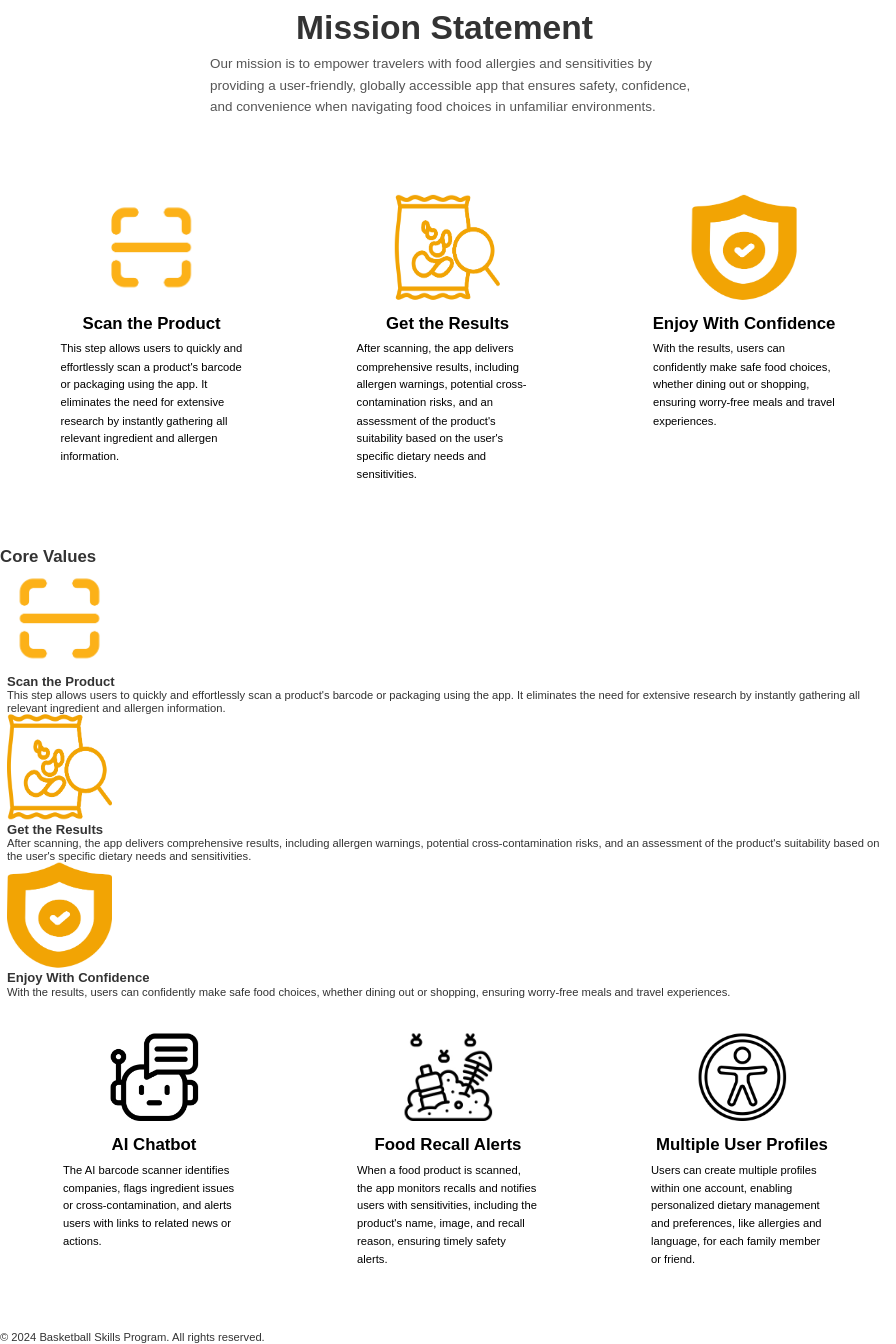
Repository: GavinPahal/landingpage
Page: /
These files come from the project's save history. The page is drawn as it stood at one moment and after the next save; the edit follows.
The browser window is 1280 px wide. The pictures show the part of the page from y = 758 to 2678 px (the page is 2678 px tall), at 70% of full size.
The project was rebuilt for these pictures with package versions that can differ from the ones it lists, and the page was loaded fresh each time. The framework's server and built-in components were replaced by stand-ins that run in the browser. Also part of the build but not shown: next.config.mjs.

Above is the page before, as saved 2024-11-28 18:54:43.

After the next save:
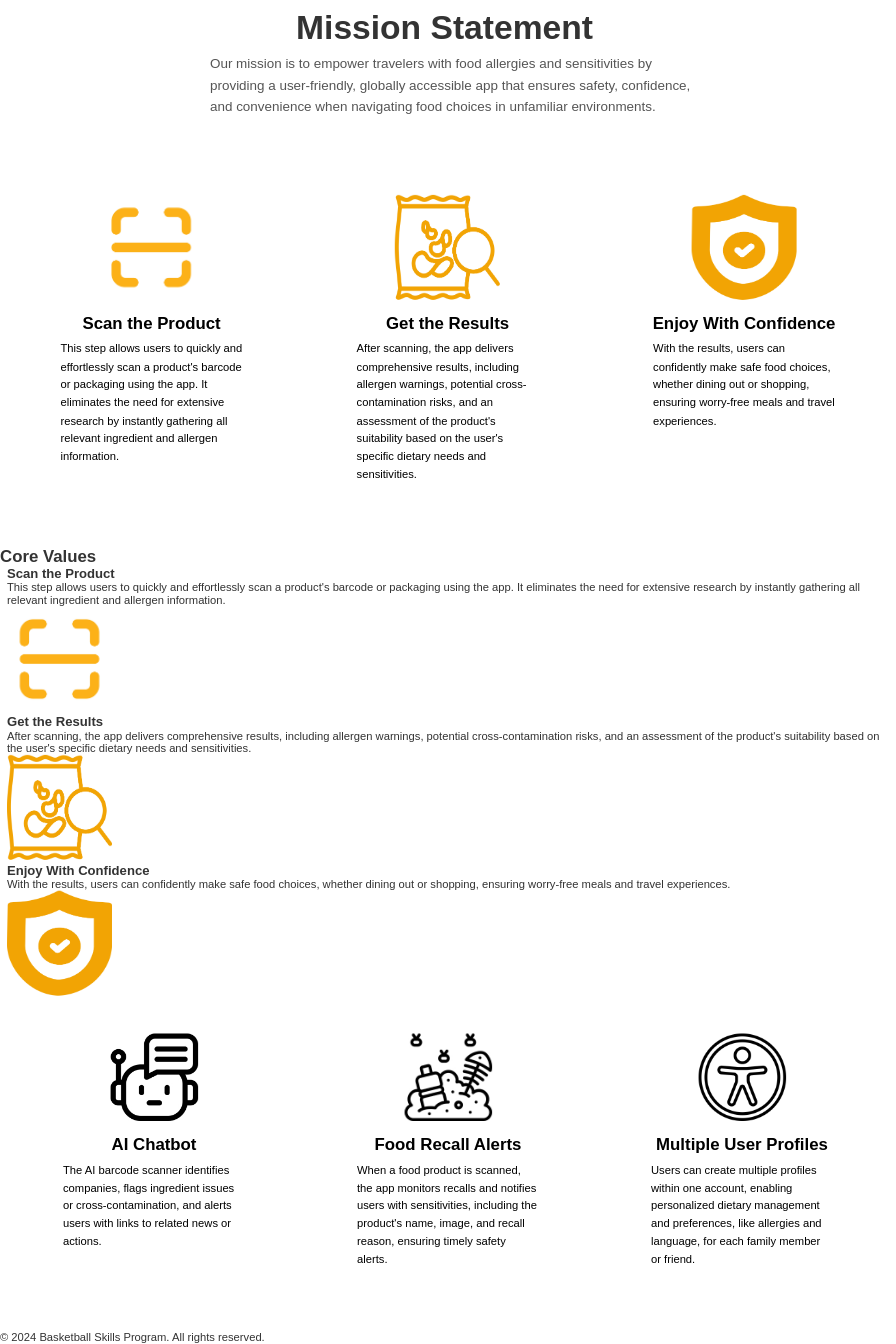
Saved 88 s later.
--- a/components/Value.js
+++ b/components/Value.js
@@ -9,43 +9,55 @@ export default function Features() {
 
       <div className="valueCards">
         <div className="valueCard" style={{ margin: "0 10px" }}>
-          <Image
-            src="/images/iconamoon_scanner (1).jpg"
-            alt="Feature 1"
-            width={150}
-            height={150}
-          />
-          <h3>Scan the Product</h3>
-          <p>
-            This step allows users to quickly and effortlessly scan a product's barcode or packaging using the app.
-            It eliminates the need for extensive research by instantly gathering all relevant ingredient and allergen information.
-          </p>
+          <div className="textContent">
+            <h3>Scan the Product</h3>
+            <p>
+              This step allows users to quickly and effortlessly scan a product's barcode or packaging using the app.
+              It eliminates the need for extensive research by instantly gathering all relevant ingredient and allergen information.
+            </p>
+          </div>
+          <div className="imageContent">
+            <Image
+              src="/images/iconamoon_scanner (1).jpg"
+              alt="Feature 1"
+              width={150}
+              height={150}
+            />
+          </div>
         </div>
         <div className="valueCard" style={{ margin: "0 10px" }}>
-          <Image
-            src="/images/magnifying.jpg"
-            alt="Feature 2"
-            width={150}
-            height={150}
-          />
-          <h3>Get the Results</h3>
-          <p>
-            After scanning, the app delivers comprehensive results, including allergen warnings, potential cross-contamination risks,
-            and an assessment of the product's suitability based on the user's specific dietary needs and sensitivities.
-          </p>
+          <div className="textContent">
+            <h3>Get the Results</h3>
+            <p>
+              After scanning, the app delivers comprehensive results, including allergen warnings, potential cross-contamination risks,
+              and an assessment of the product's suitability based on the user's specific dietary needs and sensitivities.
+            </p>
+          </div>
+          <div className="imageContent">
+            <Image
+              src="/images/magnifying.jpg"
+              alt="Feature 2"
+              width={150}
+              height={150}
+            />
+          </div>
         </div>
         <div className="valueCard" style={{ margin: "0 10px" }}>
-          <Image
-            src="/images/Confident.jpg"
-            alt="Feature 3"
-            width={150}
-            height={150}
-          />
-          <h3>Enjoy With Confidence</h3>
-          <p>
-            With the results, users can confidently make safe food choices, whether dining out or shopping,
-            ensuring worry-free meals and travel experiences.
-          </p>
+          <div className="textContent">
+            <h3>Enjoy With Confidence</h3>
+            <p>
+              With the results, users can confidently make safe food choices, whether dining out or shopping,
+              ensuring worry-free meals and travel experiences.
+            </p>
+          </div>
+          <div className="imageContent">
+            <Image
+              src="/images/Confident.jpg"
+              alt="Feature 3"
+              width={150}
+              height={150}
+            />
+          </div>
         </div>
       </div>
     </section>
